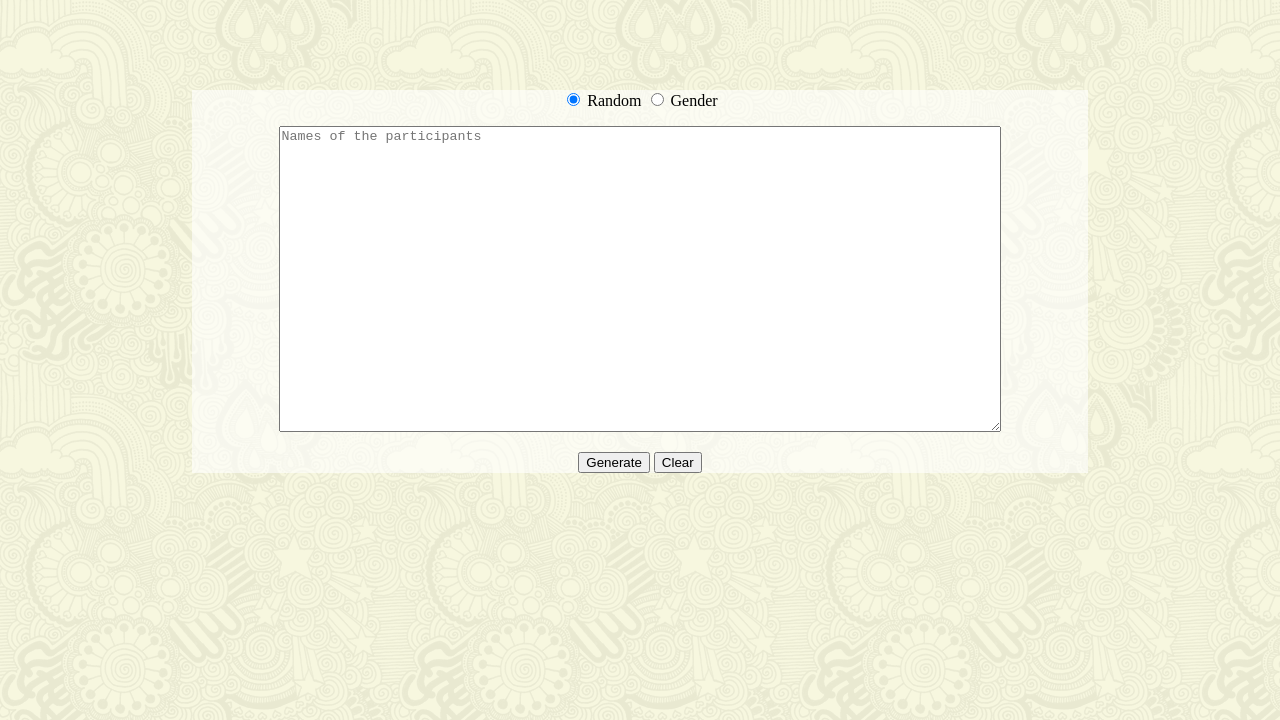
Repository: Maxenboy/Computer-Engineering-BA-A-Web-Programming-with-HTML5-CSS3-and-JavaScript-DT146G
Page: Mittuniversitet/TeamGenerator/index.html
An editor plug-in stored every save of this project. The page is shown before and after the next save, followed by the edit.
The browser window is 1280 px wide. The pictures show the whole page.
Backgrounds fixed to the window are drawn as part of the page.

Above is the page before, as saved 2014-09-22 15:16:57.
Console error: ReferenceError: init is not defined

### Mittuniversitet/TeamGenerator/index.html
<!DOCTYPE html>

<!--  Max Åberg
mabe1411
aaberg.max@gmail.com   -->

<html>
	<head>
		<meta charset="utf-8" />
		<title>TeamGenerator</title>
		<link type="text/css" rel="stylesheet" href="css/main.css">
		<link rel="shortcut icon" type="image/png" href="img/favicon.ico">
		<script src="javascript/main.js"></script>
	</head>
	<body onload="init()">
		<section>
			<form >
				<p>
					<input type="radio" value="random" name="foo" id="random" checked>
					Random
					<input type="radio" value="random" name="foo" id="gender">
					Gender
				</p>
				<p id="textarea">
					<textarea cols="5" rows="20" wrap="physical" id="textarea" placeholder="Names of the participants" ></textarea>
				</p>
				<p>
					<input type="submit" value="Generate" />
					<input type="reset" value="Clear" />
				</p>

			</form>
		</section>
	</body>
</html>

### Mittuniversitet/TeamGenerator/css/main.css
/*  Max Åberg
 mabe1411
 aaberg.max@gmail.com   */

html {
	background: url(../img/skulls.png) fixed;
	text-align: center;
}
body {
	background-color: rgba(255,255,255,.6);
	margin: 7% 15% 8% 15%;
}
textarea {
	width: 80%;
}

Loaded but not shown: Mittuniversitet/TeamGenerator/javascript/main.js (no copy from this time; the picture is the same without it)

After the next save:
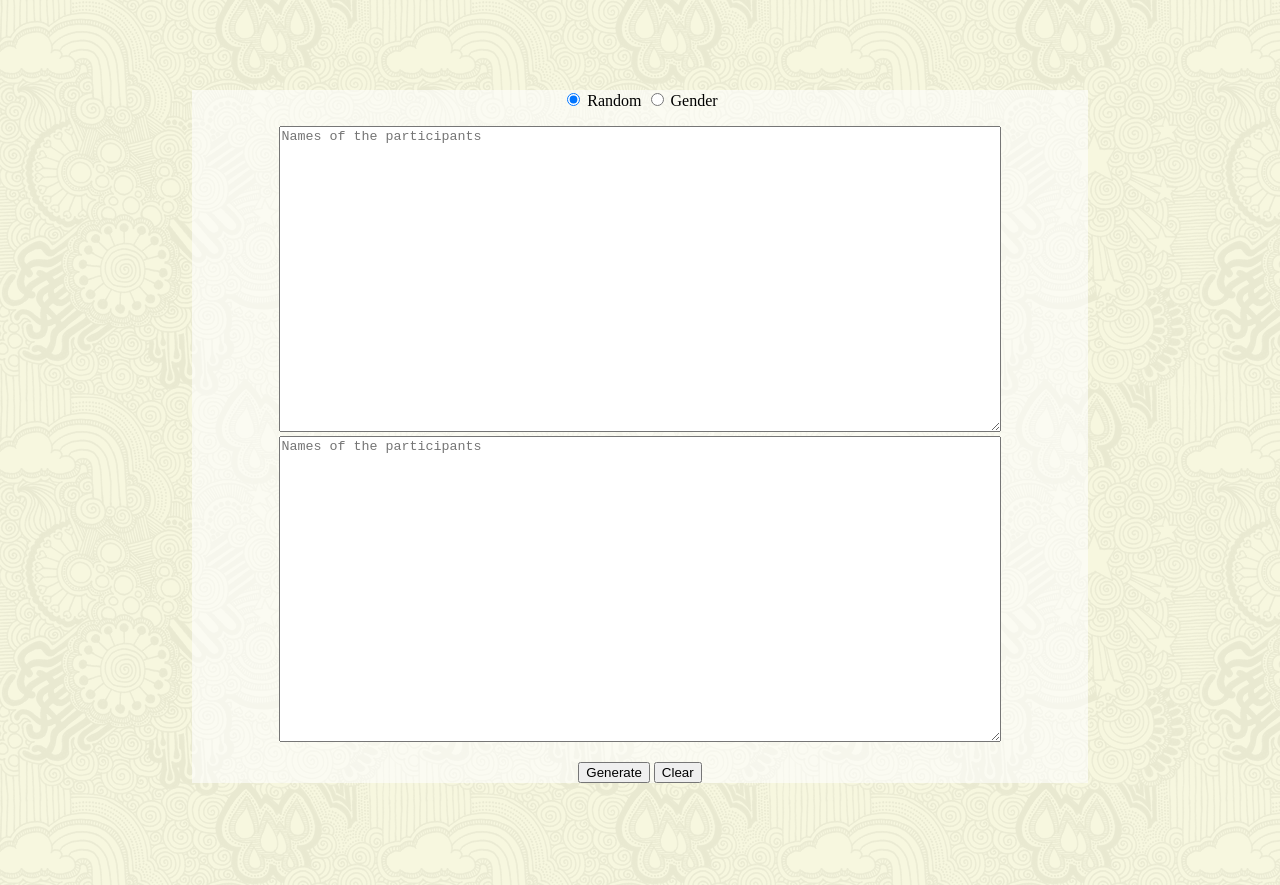
Saved 2 h 0 min later.
--- a/Mittuniversitet/TeamGenerator/index.html
+++ b/Mittuniversitet/TeamGenerator/index.html
@@ -22,7 +22,8 @@
 					Gender
 				</p>
 				<p id="textarea">
-					<textarea cols="5" rows="20" wrap="physical" id="textarea" placeholder="Names of the participants" ></textarea>
+					<textarea id="left" cols="5" rows="20" wrap="physical" id="textarea" placeholder="Names of the participants" ></textarea>
+					<textarea id="right" cols="5" rows="20" wrap="physical" id="textarea" placeholder="Names of the participants" ></textarea>
 				</p>
 				<p>
 					<input type="submit" value="Generate" />
